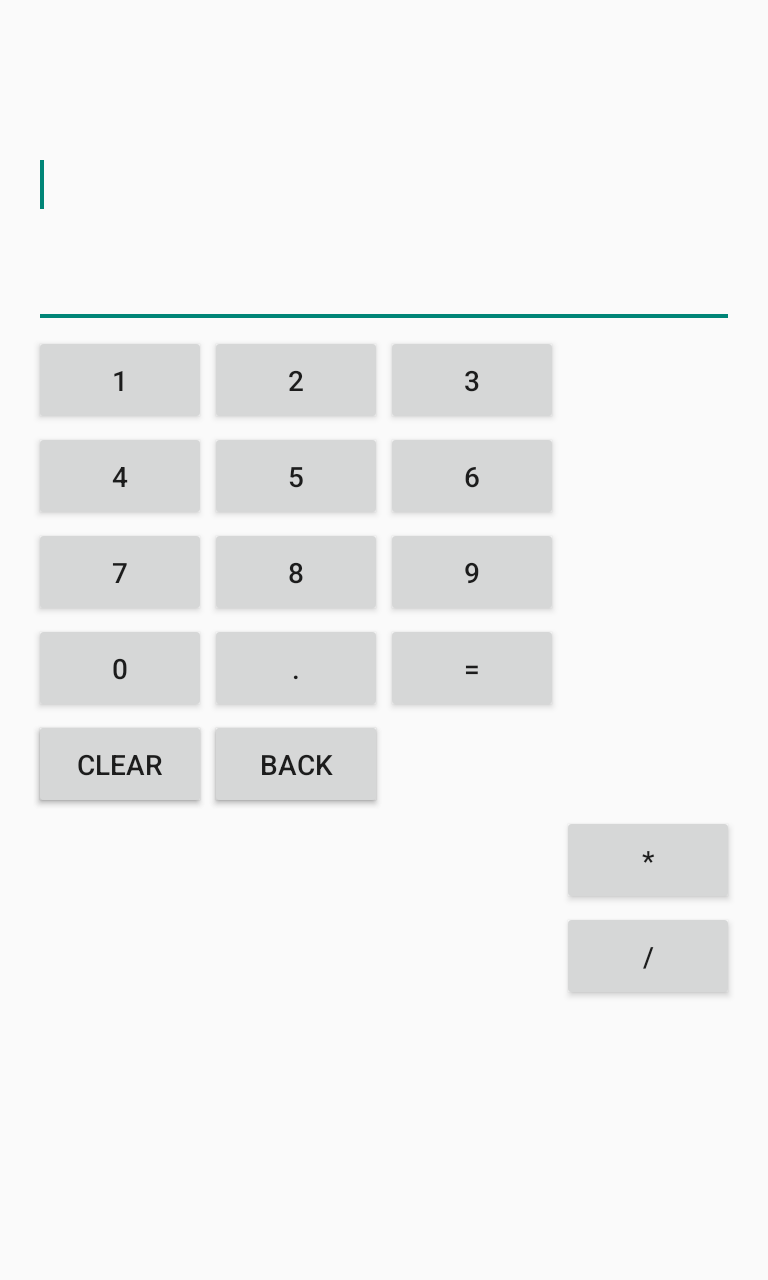
Repository: toa5/CS-399-Project-1
Layout: Calculator/res/layout/activity_calculator.xml
An editor plug-in stored every save of this project. The layout is shown before and after the next save, followed by the edit.
It is drawn on a 768 x 1280 px phone screen (xhdpi) without system bars, with theme AppTheme; the app's code is not run.

Above is the layout before, as saved 2015-09-27 08:11:47.

After the next save:
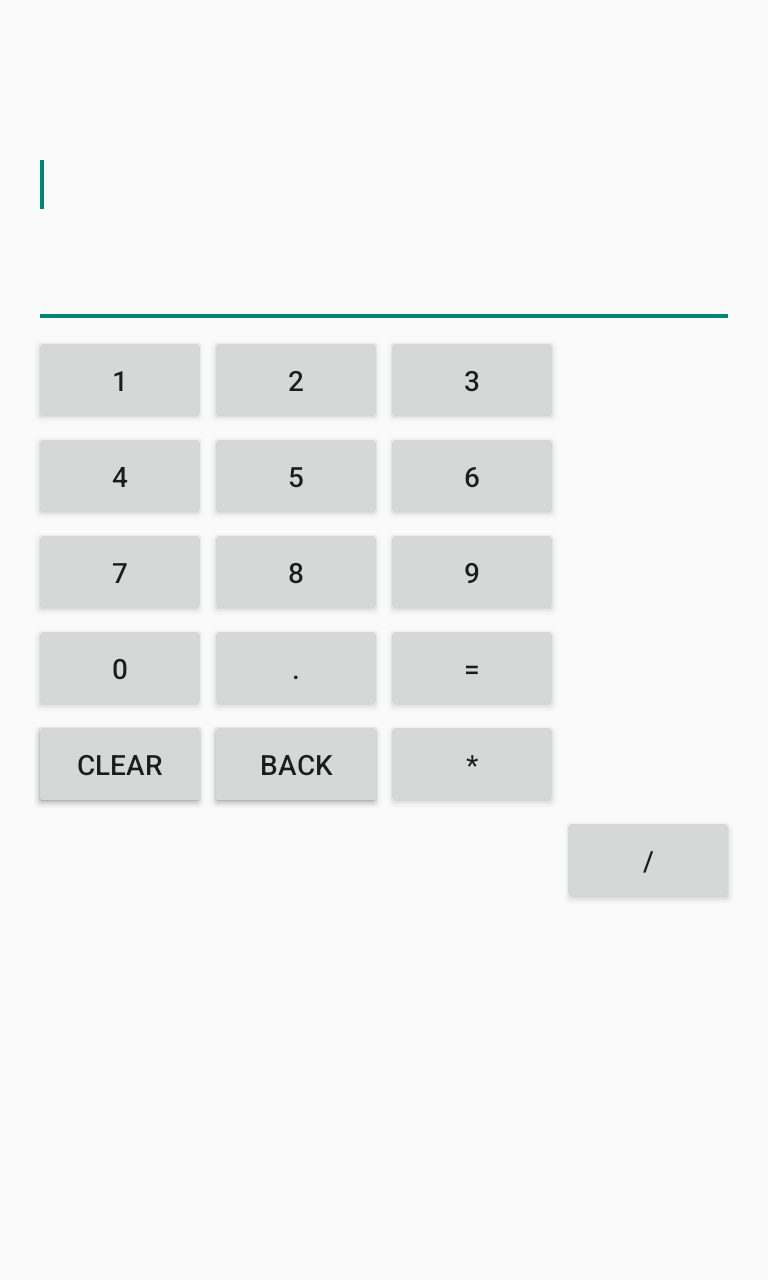
Saved 35 s later.
--- a/Calculator/res/layout/activity_calculator.xml
+++ b/Calculator/res/layout/activity_calculator.xml
@@ -151,18 +151,18 @@
         android1:id="@+id/buttonMultiply"
         android1:layout_width="wrap_content"
         android1:layout_height="wrap_content"
-        android1:layout_toRightOf="@+id/button9"
-        android1:layout_toEndOf="@+id/button9"
-        android1:layout_below="@+id/buttonMinus"
+        android1:layout_toRightOf="@+id/buttonMinus"
+        android1:layout_toEndOf="@+id/buttonMinus"
+        android1:layout_below="@+id/buttonEqual"
         android1:text="@string/multiply" />
 
-    <Button android1:id="@+id/buttonDivide" android1:layout_width="wrap_content" android1:layout_height="wrap_content" android1:layout_below="@+id/buttonMultiply" android1:layout_toRightOf="@+id/buttonEqual" android1:layout_toEndOf="@+id/buttonEqual" android1:text="@string/divide" />
-
-
-
-
-
-
+    <Button android1:id="@+id/buttonDivide"
+        android1:layout_width="wrap_content"
+        android1:layout_height="wrap_content"
+        android1:layout_below="@+id/buttonMultiply"
+        android1:layout_toRightOf="@+id/buttonEqual"
+        android1:layout_toEndOf="@+id/buttonEqual"
+        android1:text="@string/divide" />
 
     <Button
         android1:id="@+id/buttonClear"
@@ -182,6 +182,4 @@
         android1:layout_toEndOf="@+id/buttonClear"
         android1:text="@string/back" />
 
-
-
 </RelativeLayout>
